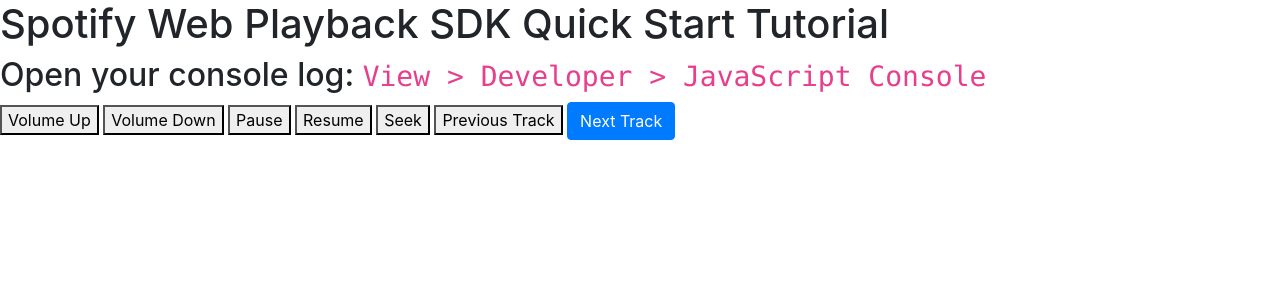
Repository: eunoia3269/leapjs
Page: research-project/spotify-sample.html
These files come from the project's save history. The page is drawn as it stood at one moment and after the next save; the edit follows.
The browser window is 1280 px wide. The pictures show the whole page.

Above is the page before, as saved 2019-12-28 20:08:36.

After the next save:
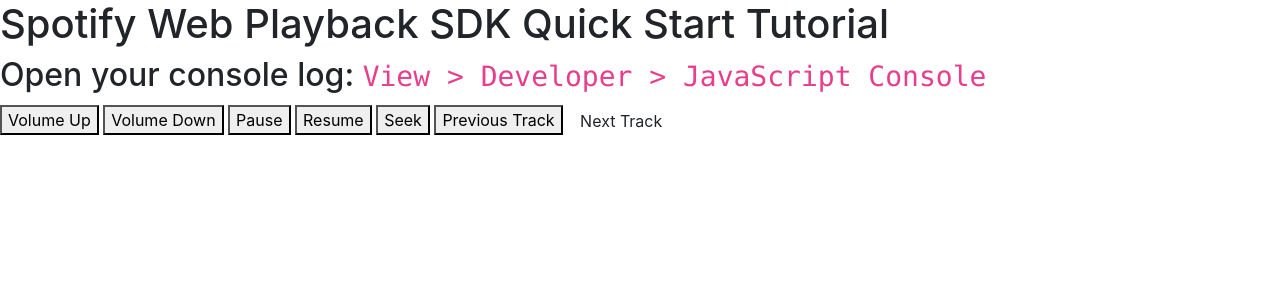
Saved 7 s later.
--- a/research-project/spotify-sample.html
+++ b/research-project/spotify-sample.html
@@ -18,7 +18,7 @@
     <button type="button" id="resume-button">Resume</button>
     <button type="button" id="seek-button">Seek</button>
     <button type="button" id="previous-track-button">Previous Track</button>
-    <button type="button" id="next-track-button" class="btn btn-primary">Next Track</button>
+    <button type="button" id="next-track-button" class="btn">Next Track</button>
   </div>
 
   <script src="https://sdk.scdn.co/spotify-player.js"></script>
